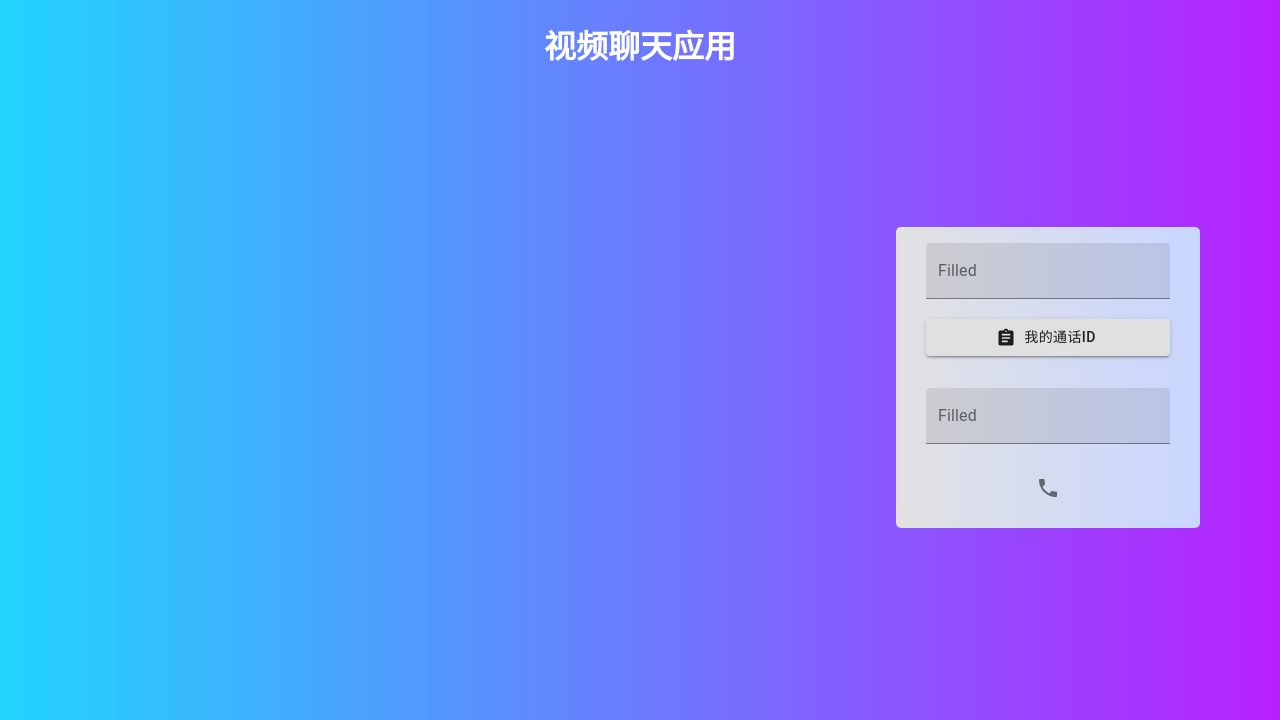
Repository: CodeFreedom-A/webRtc
Page: /
The author's editor kept a copy of each file at every save. The page is drawn from the files as they stood at one save, then again after the next save.
The browser window is 1280 px wide. The pictures show the whole page.
The page's requests for data from a server got no answer. The project was rebuilt for these pictures with package versions that can differ from the ones it lists, and the page was loaded fresh each time. No one was signed in, and anything a server would have sent is missing.

Above is the page before, as saved 2022-12-21 17:21:53.

### src/App.js
/*
 * @Author: sunheng
 * @Date: 2022-12-21 15:50:22
 * @LastEditors: sunheng
 * @LastEditTime: 2022-12-21 17:21:28
 * @Description: 请填写简介
 */

import Button from "@material-ui/core/Button";
import IconButton from "@material-ui/core/IconButton";
import TextField from "@material-ui/core/TextField";
import AssignmentIcon from "@material-ui/icons/Assignment";
import PhoneIcon from "@material-ui/icons/Phone";
import React, { useEffect, useRef, useState } from "react";
import { CopyToClipboard } from "react-copy-to-clipboard";
import Peer from "simple-peer";
import io from "socket.io-client";
import "./App.css";
// 客户端socket链接
const socket = io.connect("http//localhost:5000");
function App() {
  const [stream, setStream] = useState(null);
  const [name, setName] = useState(null);
  const [idToCall, setIdToCall] = useState(null);
  const Myvideo = useRef();
  const [me, setMe] = useState("");
  const callUser = () => {};
  //
  useEffect(() => {
    navigator.mediaDevices
      .getUserMedia({ video: true, audio: true })
      .then((res) => {
        console.log(res);
        setStream(res);
        Myvideo.current.srcObject = res;
      })
      .catch((err) => {
        console.log("没有摄像头", err);
      });
  }, []);
  return (
    <>
      <h1 style={{ textAlign: "center", color: "#fff" }}>视频聊天应用</h1>
      <div className="container">
        {/* 视频容器 */}
        <div className="video-container">
          <div className="video">
            <video
              playsInline
              muted
              autoPlay
              style={{ width: "500px" }}
              ref={Myvideo}
            ></video>
          </div>
        </div>

        <div className="myId">
          <TextField
            id="filled-basic"
            label="Filled"
            variant="filled"
            value={name}
            style={{ marginBottom: "20px" }}
            onChange={(e) => setName(e.target.value)}
          />
          <CopyToClipboard text={me} style={{ marginBottom: "2rem" }}>
            <Button
              variant="contained"
              startIcon={<AssignmentIcon fontSize="large" />}
            >
              我的通话ID
            </Button>
          </CopyToClipboard>
          <TextField
            id="filled-basic"
            label="Filled"
            variant="filled"
            value={idToCall}
            style={{ marginBottom: "20px" }}
            onChange={(e) => setIdToCall(e.target.value)}
          />
          <IconButton onClick={() => callUser(idToCall)}>
            <PhoneIcon></PhoneIcon>
          </IconButton>
        </div>
      </div>
    </>
  );
}

export default App;

### src/App.css
.container {
  display: grid;
  grid-template-columns: 7fr 3fr;
  margin-top: 10rem;
}


.video-container {
  display: grid;
  grid-template-columns: 1fr 1fr;
  justify-content: center;
  align-content: center;

  margin-left: 10rem;
}


/* 右侧面板 */

.myId {
  margin-right: 5rem;
  border-radius: 5px;
  background: #c9d6ff;
  background: linear-gradient(to right,
      #e2e2e2,
      #c9d6ff);

  padding: 1rem;
  display: grid;
  justify-content: center;
  align-content: center;
}

.call-button {
  text-align: center;
  margin-top: 2rem;
}



.caller {
  text-align: center;
  color: #fff;
}

body {
  background-image: linear-gradient(to right, #21D4FD 0%, #B721FF 100%);

}

Loaded but not shown: public/index.html (common file); src/index.js (common file); src/index.css (common file); src/reportWebVitals.js (common file)

After the next save:
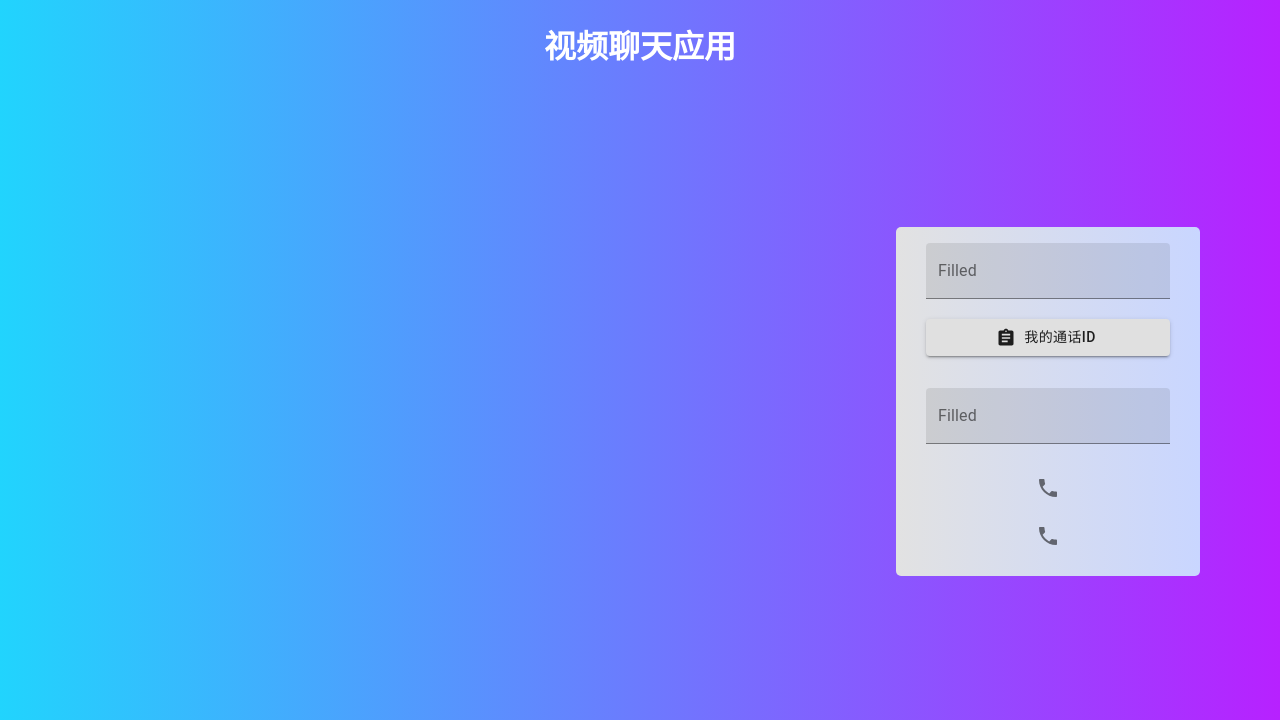
Saved 21 s later.
--- a/src/App.js
+++ b/src/App.js
@@ -83,6 +83,9 @@ function App() {
           <IconButton onClick={() => callUser(idToCall)}>
             <PhoneIcon></PhoneIcon>
           </IconButton>
+          <IconButton onClick={() => callUser(idToCall)}>
+            <PhoneIcon></PhoneIcon>
+          </IconButton>
         </div>
       </div>
     </>
